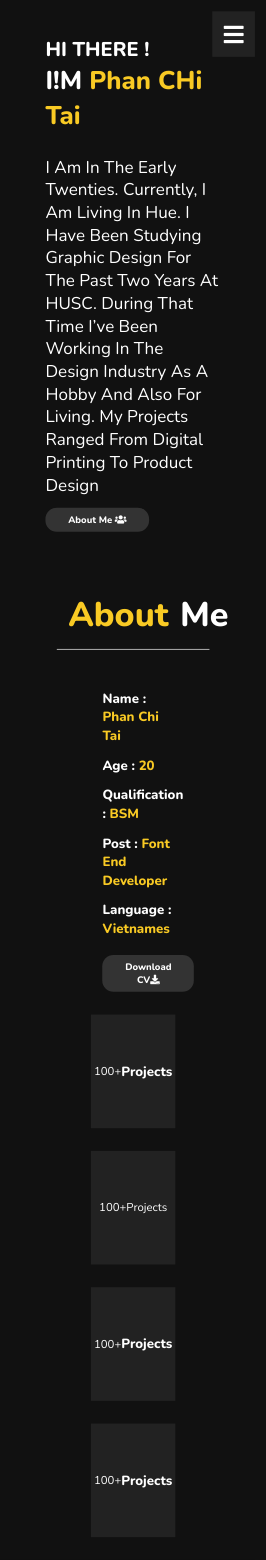
Repository: PCTai/My-profile
Page: index.html
These files come from the project's save history. The page is drawn as it stood at one moment and after the next save; the edit follows.
The browser window is 375 px wide. The pictures show the whole page, at 71% of full size.

Above is the page before, as saved 2021-11-25 21:36:31.

### index.html
<!DOCTYPE html>
<html lang="en">
<head>
    <meta charset="UTF-8">
    <meta http-equiv="X-UA-Compatible" content="IE=edge">
    <meta name="viewport" content="width=device-width, initial-scale=1.0">
    <link rel="preconnect" href="https://fonts.googleapis.com">
    <link rel="preconnect" href="https://fonts.gstatic.com" crossorigin>
    <link href="https://fonts.googleapis.com/css2?family=Nunito:ital,wght@0,400;0,600;0,800;1,200;1,300&display=swap" rel="stylesheet">
    <link rel="stylesheet" href="/assets/font/fontawesome-free-5.15.3-web/css/all.css">

    <link rel="stylesheet" href="/assets/css/style.css">
    <link rel="stylesheet" href="/assets/css/reponsive.css">
    <title>Document</title>
</head>
<body>
    <!-- Header start -->
    <header>
        <div class="user">
            <img src="/assets/imgs/user.jpg" alt="">
            <h3 class="name">Phan Chi Tai</h3>
            <div class="post">Font End Deverloper</div>
        </div>
        <div class="navbar">
            <ul>
                <li><a href="#home">home</a></li>
                <li><a href="#about">About</a></li>
                <li><a href="#education">Education</a></li>
                <li><a href="#portfolio">Portfolio</a></li>
                <li><a href="#contact">Contact</a></li>
            </ul>
        </div>
    </header>
    <!-- Header end -->
    <div id="menu"class="fas fa-bars">
    </div>
    <!-- start home -->
    <section id="home" class="home">

        <h3>HI THERE !</h3>
        <h1>I!M <span>Phan CHi Tai</span></h1>
        <p>I am in the early twenties. Currently, I am living in Hue. I have been studying graphic design for the past two years at  HUSC. During that time I’ve been working in the design industry as a hobby and also for living. My projects ranged from digital printing to product design</p>
        <a href="#about"> <button class="btn">About me <i class="fas fa-users"></i></button></a>


    </section>
    <!-- end home -->
    <!-- start about -->
    <section id="about" class="about">
        <div class="heading"><h1><span>About</span>Me</h1></div>
        <div class="row">
            <div class="info">
                <h3>Name : <span>Phan Chi Tai</span></h3>
                <h3>Age : <span>20</span></h3>
                <h3>Qualification : <span>BSM</span></h3>
                <h3>Post : <span>Font End Developer</span></h3>
                <h3>Language : <span>Vietnames</span></h3>
                <a href="#about"> <button class="btn">Download CV<i class="fas fa-download"></i></button></a>
            </div>
            <div class="counter">
                <div class="box">
                    <span>100+</span>
                    <br>
                    <h3>projects</h3>
                </div>
                <div class="box">
                    <span>100+</span>
                    <br>
                    <p>projects</p>
                </div>
                <div class="box">
                    <span>100+</span>
                    <br>
                    <h3>projects</h3>
                </div>
                <div class="box">
                    <span>100+</span>
                    <br>
                    <h3>projects</h3>
                </div>
            </div>
        </div>
    </section>
    <!-- end about -->
    <script src="/app.js"></script>
</body>
</html>

### assets/css/style.css
:root{
    --yellow: #f9ca24;
}
*{
    font-family: 'Nunito', sans-serif;
    margin: 0;padding: 0;
    box-sizing: border-box;
    text-decoration: none;
    outline: none;border: none;
    text-transform: capitalize;
    transition: all .2s linear;
}
html{
    font-size: 62,5%;
    overflow: hidden;
}
::selection{
    background-color: var(--yellow);
    color: #333;

}
html::-webkit-scrollbar{
    width: 2rem;
}
html::-webkit-scrollbar-track{
    background-color: #333;
}
html::-webkit-scrollbar-thumb{
    background-color: var(--yellow);
}
body{
    padding-left: 25rem;
    background: #111;
}
header{
    position: fixed;
    top: 0;
    left: 0;
    z-index: 1000;
    height: 100%;
    display: flex;
    flex-direction: column;
    justify-content: center;
    align-items: center;
    width: 25rem;
    background-color: #1a1a1a;
}

.user img{
    margin-top: 2rem;
    height: 14rem;
    width: 14rem;
    border-radius: 50%;
    object-fit: cover;
    border: 0.5rem solid var(--yellow);

}
header .user .name{
    text-align: center;
    font-size: 2rem;
    color: #fff;
}
header .user .post{
    text-align: center;
    font-size: 1.5rem;
    color: #eee;
}
header .navbar ul{
    margin-top: 1rem;
    list-style: none;
    padding: 1rem 3rem;
}
header .navbar ul li a:hover{
    background-color: var(--yellow);
}
header .navbar ul li a{
    display: block;
    padding: 0.5rem 6rem;
   margin-bottom: 0.8rem;
   background-color: #333;
   color: #fff;
   font-size: 1.5rem;
   border-radius: 5rem;
   text-align: center;
   cursor: pointer;
}
#menu:hover{
    color: var(--yellow);
}


#menu{
    position: fixed;
    z-index: 1000;
    top: 1rem;
    right: 1rem;
    color: #fff;
    padding: 1rem;
    background-color: #222;
    font-size: 2rem;
    cursor: pointer;
}
section{
    min-height: 100vh;
    padding: 1rem;
}
/* home */
.home{
    font-size: 1.5rem;
    color: #fff;
    display: flex;
    flex-direction: column;
    padding: 0 2rem;
    justify-content: center;
}
.btn:hover{
    background-color: var(--yellow);
    cursor: pointer;
}
.btn{
    padding: 0.5rem 2rem;
    border-radius: 1rem;
    margin-top: 1rem;
    font-weight: bold;
    background-color: #333;
    color: #fff;
}
.home span{
    color: var(--yellow);
    margin-bottom: 2rem;

}
.home h1{
    margin-bottom: 2rem;

}
/* about */
.about{
    color: #fff;
    margin: 0 2rem;
}
.heading{
    font-size: 2rem;
    text-align: center;
    padding: 1rem;
    border-bottom: 0.1rem solid #eee;

}
.heading span{
    color: var(--yellow);
    padding-right: 1rem;
}
.info{
    flex: 1 1 48%;
    padding: 1rem;
    padding-left: 2rem;

}
.info span{
    color: var(--yellow);
}
.info h3{
    padding: 0.5rem 0;
}
.row{
    margin-top: 2rem;
    display: flex;
    justify-content: center;
    align-items: center;
    flex-wrap: wrap;

}
.counter{
    flex:1 1 50%;
    width: 50%;
    justify-content: center;
    display: flex;
    flex-wrap: wrap;

}
.box{
    background-color: #222;
    width: 10rem;
    text-align: center;
    margin: 1rem;
    display: flex;
    align-items: center;
    justify-content: center;
    height: 10rem;
}

### assets/css/reponsive.css

@media (min-width:1024px){
    #menu{
        display: none;
    }
}
@media (max-width:1249px){
    header{
        left: -125%;
    }
    body{
        padding: 0 2rem;
    }

}
@media (max-width:486px){
    header{
        width: 100vw;
    }
   .info,.counter{
        width: 70%;
   }

}
@media (max-width:939px){
    .row{
        flex-direction: column;
    }

}

### app.js

var menu=document.getElementById('menu');
var header=document.querySelector('header');
menu.onclick=function(e){
    if(this.className=='fas fa-bars'){
        this.classList.remove('fa-bars');
        this.classList.add('fa-times');
        header.style='left:0%';
    }
    else{
        this.classList.remove('fa-times');
        this.classList.add('fa-bars');
        header.style='left:-125%';
    }
};

Loaded but not shown: assets/font/fontawesome-free-5.15.3-web/css/all.css (library)

After the next save:
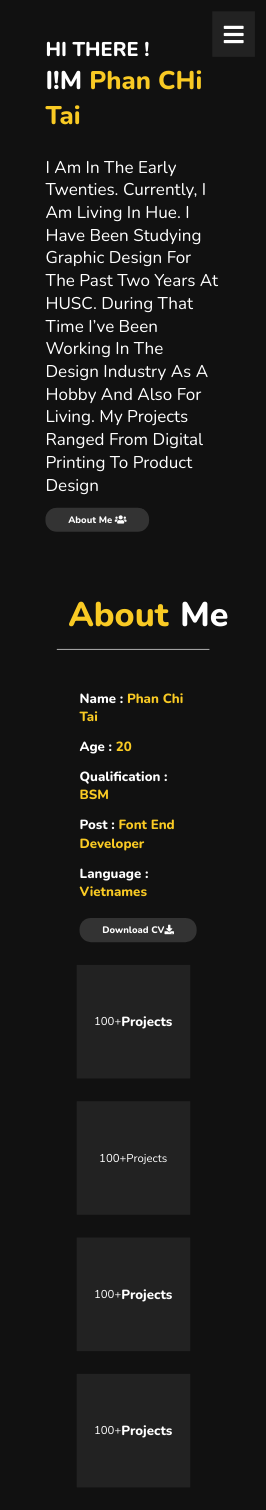
Saved 15 s later.
--- a/assets/css/reponsive.css
+++ b/assets/css/reponsive.css
@@ -18,7 +18,7 @@
         width: 100vw;
     }
    .info,.counter{
-        width: 70%;
+        width: 100%;
    }
 
 }
